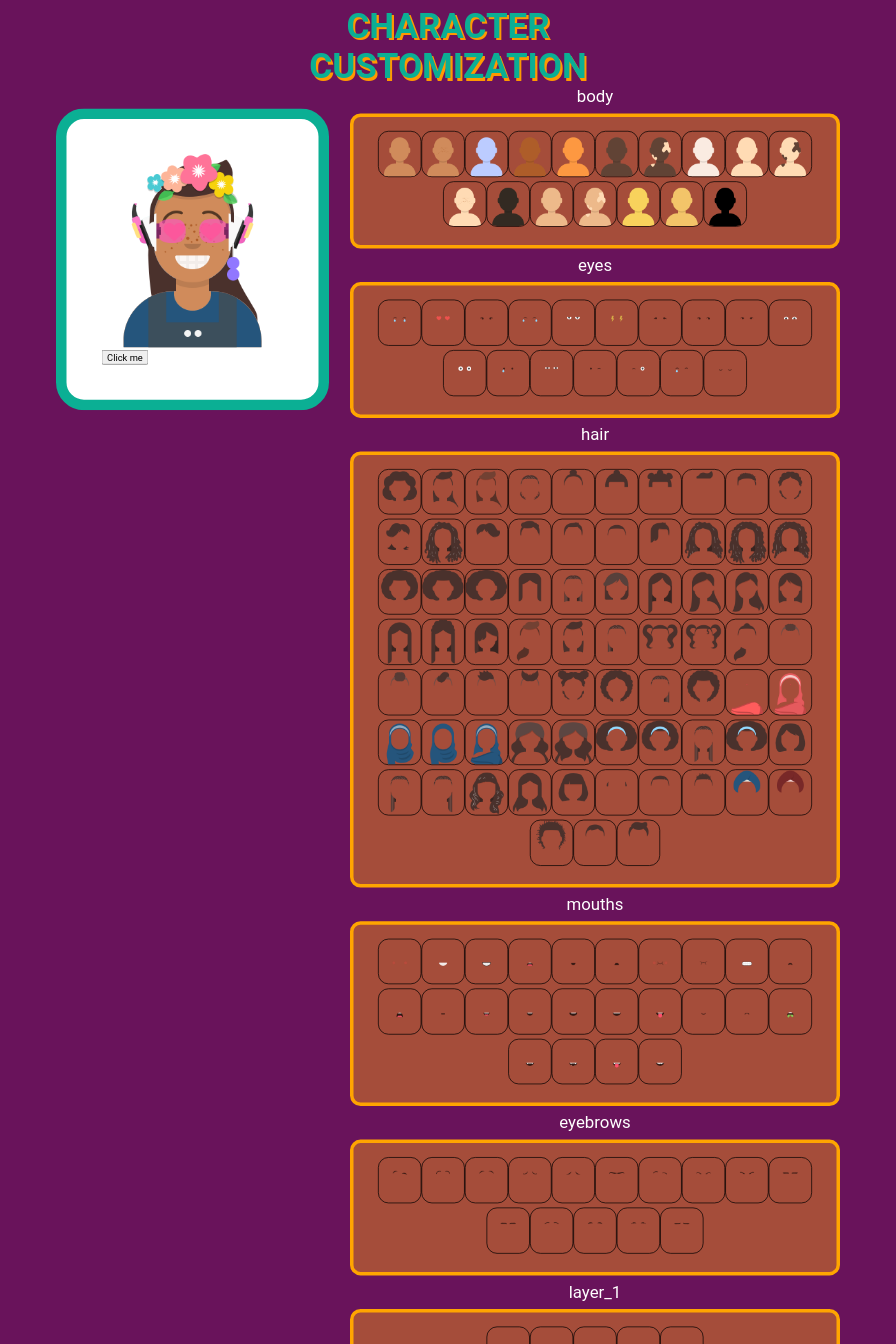
Repository: Kamaric112/react_clothing
Page: /
An editor plug-in stored every save of this project. The page is shown before and after the next save, followed by the edit.
The browser window is 1280 px wide. The pictures show the part of the page from y = 0 to 1920 px (the page is 3287 px tall), at 70% of full size.
The project was rebuilt for these pictures with package versions that can differ from the ones it lists, and the page was loaded fresh each time.

Above is the page before, as saved 2022-08-29 21:06:18.

### src/index.js
import React from "react";
import ReactDOM from "react-dom/client";
import App from "./components/App";

const root = ReactDOM.createRoot(document.getElementById("root"));

root.render(<App />);

### src/components/App.js
import React from "react";
import Header from "./Header";
import "./App.css";
import Avatar from "./Avatar";
import PartList from "./PartList";
import {useState} from "react"

const total = {
  body: 17,
  eyes: 17,
  hair: 73,
  mouths: 24,
  eyebrows: 15,
  hats: 28,
  glasses: 17,
  clothing1: 5,
  clothing2: 5,
  clothing3: 9,
};

function App() {


const [eyes, setEyes] = useState(2)
const [body, setBody] = useState(2)
const [layer_1, setLayer_1] = useState(2)
const [layer_2, setLayer_2] = useState(2)
const [layer_3, setLayer_3] = useState(2)
const [mouths, setMouths] = useState(2)
const [glasses, setGlasses] = useState(2)
const [hair, setHair] = useState(2)
const [eyebrows, setEyebrows] = useState(2)

const [earrings, setEarrings] = useState(2)
const [hats, setHats] = useState(2)
const randomize = () => {
    setBody(Math.floor((Math.random() * total.body )+1));
		setEyes(Math.floor((Math.random() * total.eyes)+1));
		setEyebrows(Math.floor((Math.random() * total.eyebrows)+1));
		setHair(Math.floor((Math.random() * total.hair)+1));
		setMouths(Math.floor((Math.random() * total.mouths)+1));
		setGlasses(Math.floor((Math.random() * total.glasses)+1));
		setLayer_1(Math.floor((Math.random() * total.clothing1)+1));
		setLayer_2(Math.floor((Math.random() * total.clothing2)+1));
		setLayer_3(Math.floor((Math.random() * total.clothing3)+1));
    setHats(Math.floor((Math.random() * total.hats)+1));

}




const handleClick = (e) => {
  console.log(e.target.src) //change states when clicked corresponding clothing
  const imageUrl = e.target.src
  console.log(imageUrl.split('/').pop().split('.')[0]) // split the src based on "/" then remove the last element, then split that element based on "." then choose the 1st element
}



  return (
    <div className="App">
      <Header />
      <div className="total-style">
        <Avatar eyes = {eyes} body = {body} layer_1 = {layer_1} layer_2 = {layer_2} layer_3 ={layer_3} mouths = {mouths} glasses = {glasses} hair = {hair} earrings = {earrings} hats = {hats} eyebrows= {eyebrows} randomize = {randomize}/>


        <div>
        <PartList type = "body" total ="17" index = "1" handleClick={(e) => setBody(e.target.src.split('/').pop().split('.')[0])} />
        <PartList type = "eyes" total ="17" index = "1" handleClick={(e) => setEyes(e.target.src.split('/').pop().split('.')[0])}/>
        <PartList type = "hair" total ="73" index = "1" handleClick={(e) => setHair(e.target.src.split('/').pop().split('.')[0])}/>
        <PartList type = "mouths" total ="24" index = "1" handleClick={(e) => setMouths(e.target.src.split('/').pop().split('.')[0])}/>
        <PartList type = "eyebrows" total ="15" index = "1" handleClick={(e) => setEyebrows(e.target.src.split('/').pop().split('.')[0])}/>
        <PartList type = "layer_1" total ="5" index = "1" handleClick={(e) => setLayer_1(e.target.src.split('/').pop().split('.')[0])}/>
        <PartList type = "layer_2" total ="5" index = "1" handleClick={(e) => setLayer_2(e.target.src.split('/').pop().split('.')[0])}/>
        <PartList type = "layer_3" total ="9" index = "1" handleClick={(e) => setLayer_3(e.target.src.split('/').pop().split('.')[0])}/>
        <PartList type = "earrings" total ="32" index = "1" handleClick={(e) => setEarrings(e.target.src.split('/').pop().split('.')[0])}/>
        <PartList type = "hats" total ="28" index = "1" handleClick={(e) => setHats(e.target.src.split('/').pop().split('.')[0])} />
        <PartList type = "glasses" total ="17" index = "1" handleClick={(e) => setGlasses(e.target.src.split('/').pop().split('.')[0])}/>

        </div>


      </div>
    </div>
  );
}

export default App;

### src/components/Header.js
import React from "react";

function Header() {
  return (
    <>
      <div className="title">CHARACTER</div>
      <div className="subtitle">CUSTOMIZATION</div>
    </>
  );
}

export default Header;

### src/components/App.css
*,
*::after,
*::before {
  box-sizing: content-box;
  font-family: "Roboto", sans-serif;
}

body {
	background-color: rgb(105, 19, 91);
}

.App {
	max-width: 1200px;
	margin: 0 auto;
	display: flex;
	flex-direction: column;
	align-items: center;
}

.subtitle,
.title {
  text-align: center;
}

.title,
.subtitle {
  color: #0baf94;
  font-size: 50px;
  font-weight: 700;
  text-shadow: 3px 3px #f90;
}

.total-style {
  display: flex;

  justify-content: center;
  gap: 30px;
}

.avatar {
	width: 260px;
	height: 280px;
	position: relative;
}

.avatar-wrapper {
	border-radius: 40px;
	display: inline-block;
	border: 15px solid rgb(11, 175, 148);
	padding: 50px;
	position: sticky;
	background-color: #fff;
	top: calc(50% - 205px);
}

.list-section {
  max-width: 700px;
  text-align: center;
}

.partlist {
  display: flex;
  flex-direction: column;

}

.partlist div {
  color: white;
  font-size: 1.5rem;
}
.list {
  gap: 1rem;
  background-color: rgba(255,166,9,.4);
  border: 5px solid orange;
  border-radius: 15px;
  flex-wrap: wrap;
  margin: 10px 0;
  padding: 20px;
}

.list img {
  border: 1px solid black;
  border-radius: 15px
}

.list img:hover {
  background-color: #798885;
}

### src/components/Avatar.js
import React from 'react'
import Part from './Part'

function Avatar({eyes,body,layer_1,layer_2,layer_3,mouths,glasses,hair,earrings,hats,eyebrows,randomize}) {
  return (
    <div>
      <div className="avatar-wrapper">
        <div className="avatar">
          <Part type="body" position="0" index = {body}/>
          <Part type="layer_1" position="1" index = {layer_1}/>
          <Part type="layer_2" position="1" index = {layer_2}/>
          <Part type="layer_3" position="1" index = {layer_3}/>
          <Part type="mouths" position="2" index = {mouths}/>
          <Part type="noses" position="2" index = "1"/>
          <Part type="eyes" position="2" index = {eyes}/>
          <Part type="glasses" position="3" index = {glasses}/>
          <Part type="hair" position="3" index = {hair}/>
          <Part type="earrings" position="3" index = {earrings}/>
          <Part type="hats" position="4" index = {hats}/>
          <Part type="eyebrows" position="2" index = {eyebrows}/>
        </div>
        <button onClick={randomize}>Click me </button>
      </div>
    </div>
  )
}

export default Avatar

### src/components/PartList.js
import React from 'react'


function PartList({type,index,total,handleClick}) {

  let parts=[]
  const accessories = ["hats","glasses","earrings"]
  const clothing = ["layer_1","layer_2","layer_3"]



  for (index;index<= total; index++) {
    if ( accessories.includes(type)) {
      parts.push( <img key= {index} src={`character/accessories/${type}/${index}.png`} width="60px" onClick= {handleClick} alt= {type}/>)
    } else if ( clothing.includes(type)) {
      parts.push( <img key= {index} src={`character/clothes/${type}/${index}.png`} width="60px" onClick={handleClick} alt= {type}/>)
    }
    else {
      parts.push( <img key= {index} src={`character/${type}/${index}.png`} width="60px" onClick={handleClick} alt= {type}/>)
    }
  }


  return (
      <div className="list-section">
        <div className="partlist">
          <div>{type}</div>
          <div className="list">
            {parts}
          </div>
        </div>
      </div>
  )
}

export default PartList

### src/components/Part.js
import React from 'react'

function Part({type,position,index}) {

  const accessories = ["hats","glasses","earrings"]
  const clothing = ["layer_1","layer_2","layer_3"]

  const commonStyle = {
    position: "absolute",
    width: "260px",
    zIndex: `${position}`
  }
  if ( accessories.includes(type)) {
    return (<img src={`character/accessories/${type}/${index}.png`}  alt={`${type}`}  style= {commonStyle}/>)
  } else if ( clothing.includes(type)) {
  return (<img src={`character/clothes/${type}/${index}.png`}  alt={`${type}`}  style= {commonStyle}/>)
  } else if (type ==="noses") {
    return (<img src={`character/${type}/1.png`} alt={`${type}`} style= {commonStyle}/>)
  } else {
    return (<img src={`character/${type}/${index}.png`}  alt={`${type}`} style= {commonStyle}/>)
  }
}
export default Part

Loaded but not shown: public/index.html (common file)

After the next save:
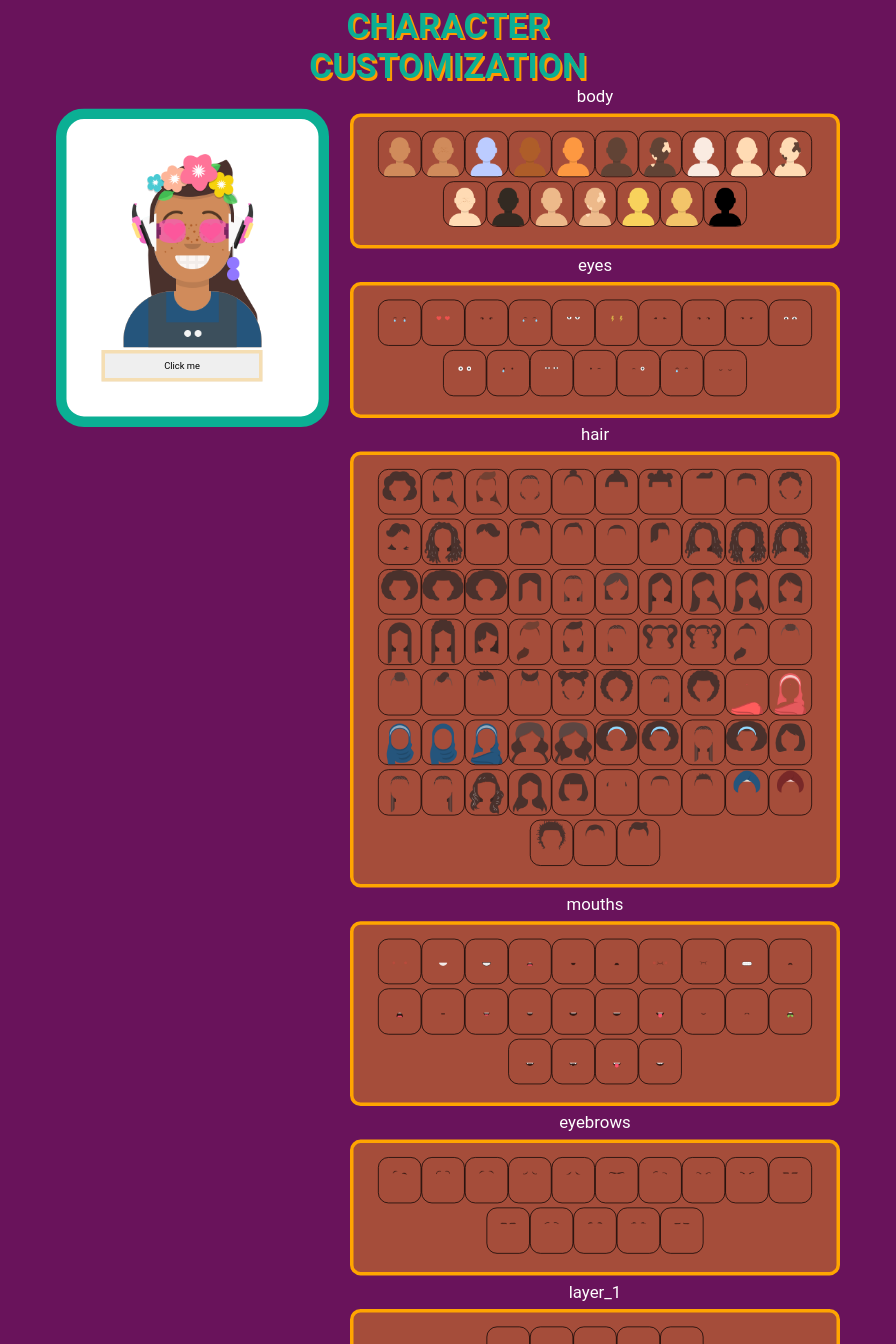
Saved 54 s later.
--- a/src/components/App.css
+++ b/src/components/App.css
@@ -53,6 +53,15 @@ body {
 	top: calc(50% - 205px);
 }
 
+.avatar-wrapper button {
+  display: flex;
+  justify-content: center;
+  align-items: center;
+  border: 5px solid wheat;
+  padding: 10px;
+  width: 200px;
+}
+
 .list-section {
   max-width: 700px;
   text-align: center;
